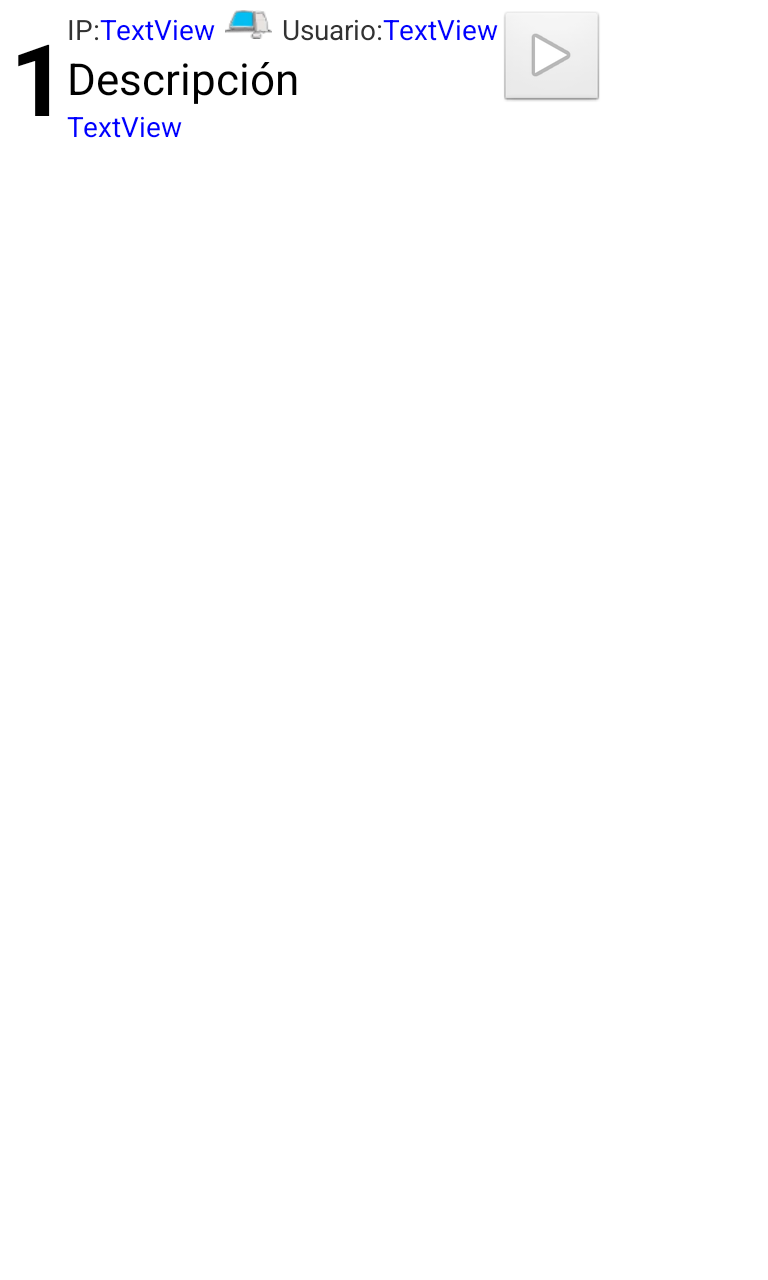
Repository: jonatansantos/Android-Server-Status
Layout: desarrollo/ModuloSSH/res/layout/list_servers.xml
The author's editor kept a copy of each file at every save. The layout is drawn from the files as they stood at one save, then again after the next save.
It is drawn on a 768 x 1280 px phone screen (xhdpi) without system bars, with theme android:Theme.Light; the app's code is not run.

Above is the layout before, as saved 2012-03-23 00:02:52.

After the next save:
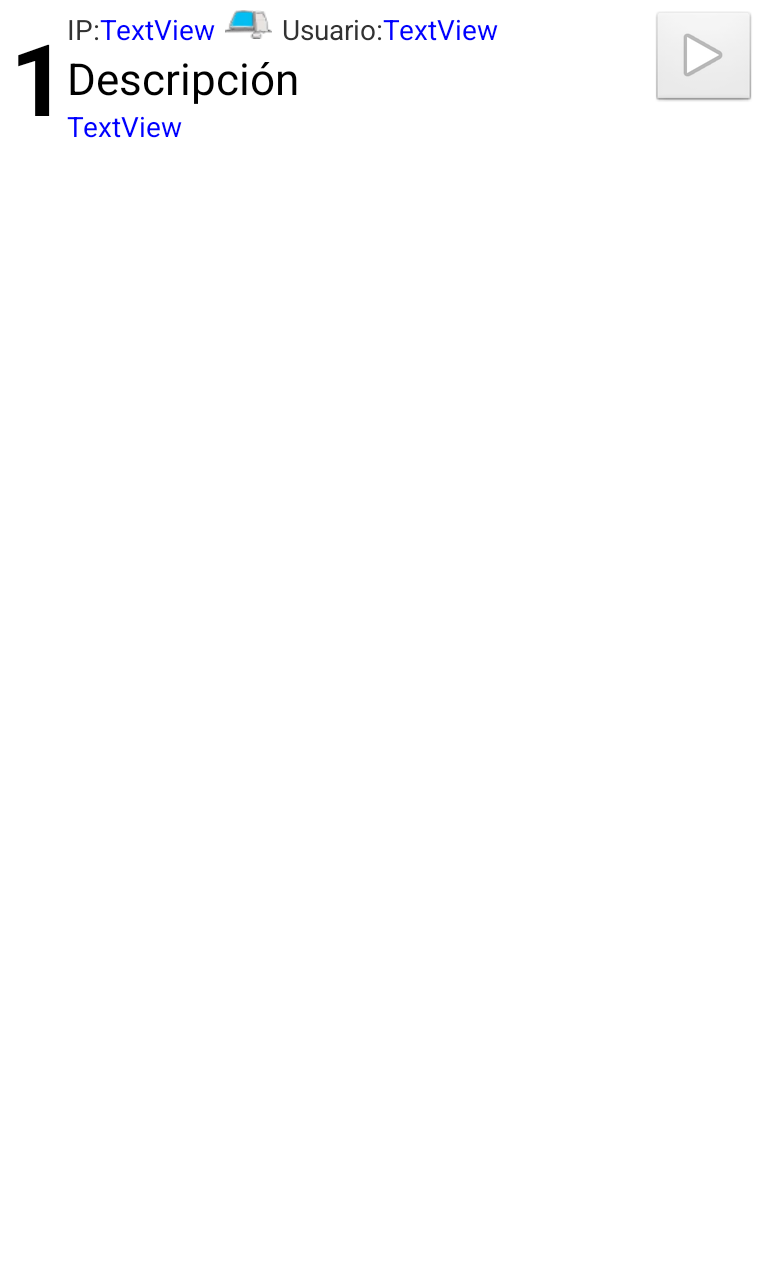
Saved 84 s later.
--- a/desarrollo/ModuloSSH/res/layout/list_servers.xml
+++ b/desarrollo/ModuloSSH/res/layout/list_servers.xml
@@ -92,11 +92,18 @@
         android:layout_width="wrap_content"
         android:layout_height="wrap_content" >
 
+
+
+
         <ImageButton
             android:id="@+id/imageButton1"
             android:layout_width="wrap_content"
             android:layout_height="wrap_content"
+            android:layout_alignParentLeft="false"
+            android:layout_alignParentRight="true"
+            android:layout_alignParentTop="true"
             android:src="@android:drawable/ic_media_play" />
+
     </RelativeLayout>
 
 </LinearLayout>
